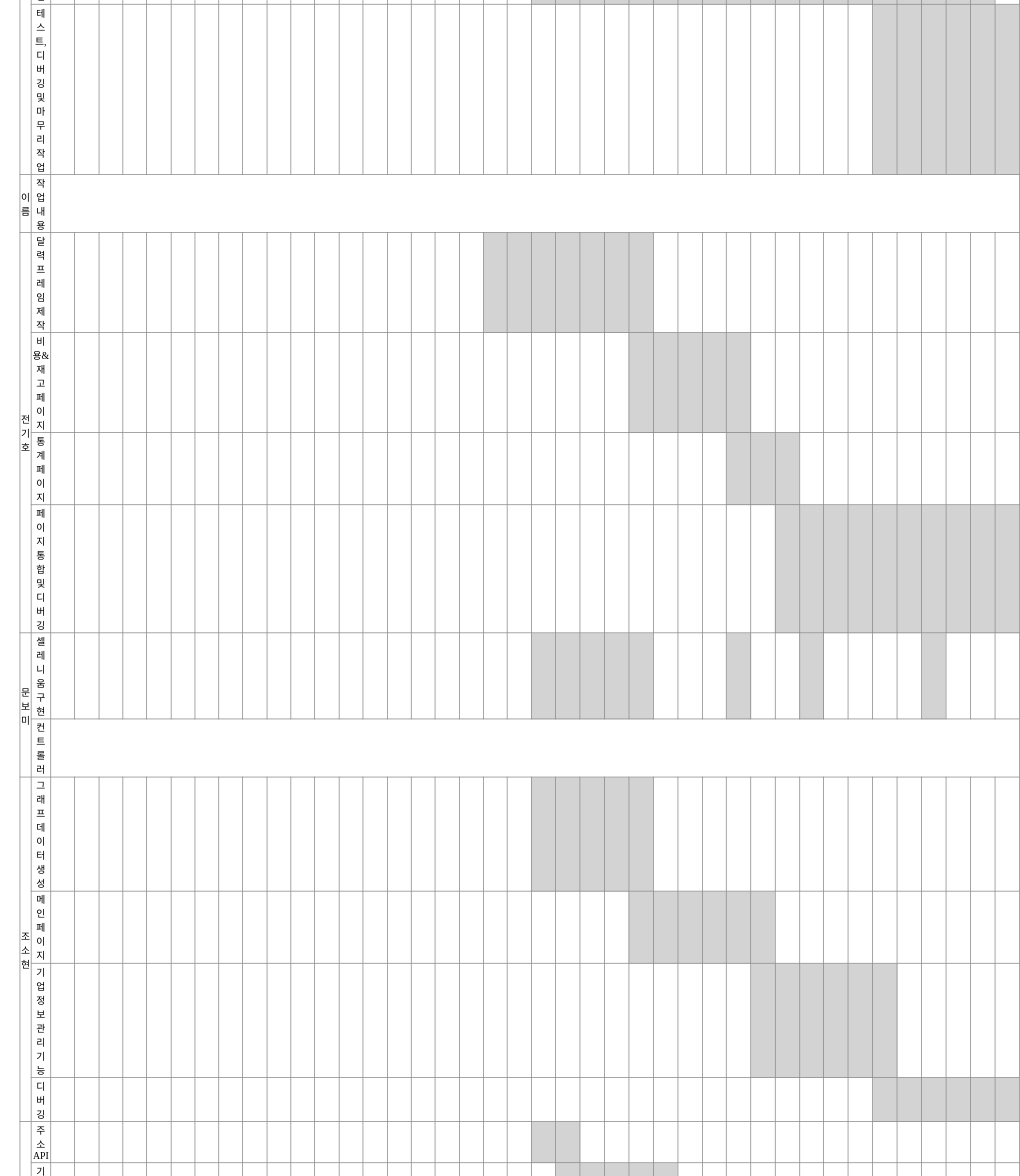
Repository: JEON-KIHO/finalProject
Page: http://localhost/ERP/WEB-INF/views/schedule.jsp
These files come from the project's save history. The page is drawn as it stood at one moment and after the next save; the edit follows.
The browser window is 1280 px wide. The page is 1457 px wide, so the pictures cover 1457 px, including what lies to the right of the window. The pictures show the part of the page from y = 441 to 2121 px (the page is 3209 px tall before and 1322 px after), at 70% of full size.
The page is served by Tomcat 9. Nobody is signed in. The template is opened directly, without the code that normally fills it, so the values that code supplies are empty.

Above is the page before, as saved 2020-12-24 05:48:43.

After the next save:
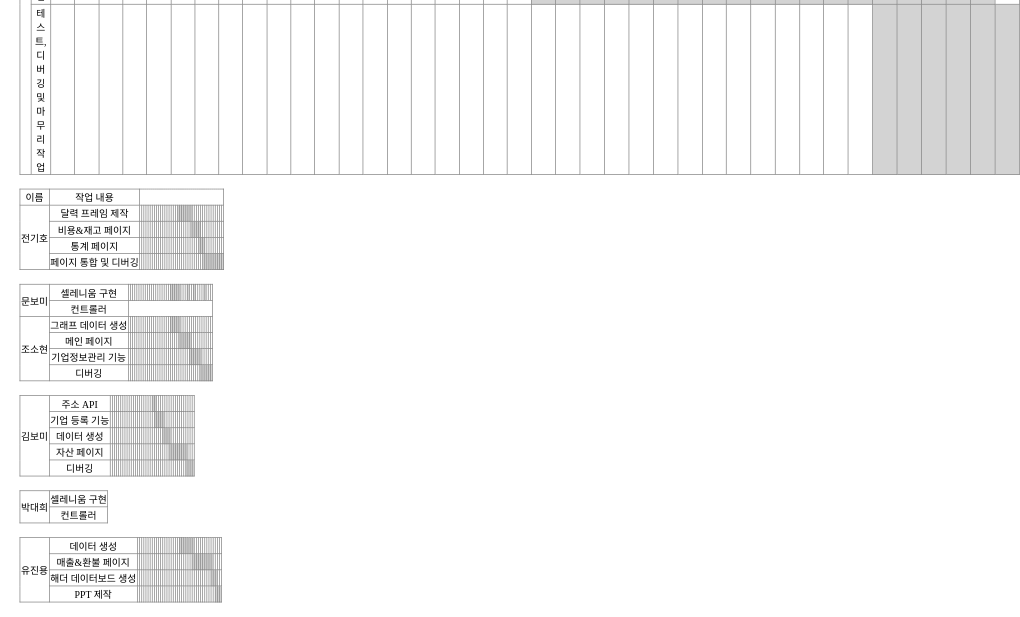
Saved 2 h 30 min later.
--- a/ERP/src/main/webapp/WEB-INF/views/schedule.jsp
+++ b/ERP/src/main/webapp/WEB-INF/views/schedule.jsp
@@ -67,7 +67,8 @@
 	<td class="white"></td><td class="white"></td><td class="white"></td><td class="white"></td><td class="white"></td>
 	<td class="white"></td><td class="white"></td><td class="white"></td><td class="white"></td><td class="black"></td>
 	<td class="black"></td><td class="black"></td><td class="black"></td><td class="black"></td><td class="black"></td></tr>
-
+	</table>
+	<table border=1>
 	<tr>
 		<td>이름</td><td>작업 내용</td><td colspan=40></td>
 	</tr>
@@ -107,6 +108,9 @@
 	<td class="white"></td><td class="white"></td><td class="white"></td><td class="white"></td><td class="white"></td>
 	<td class="black"></td><td class="black"></td><td class="black"></td><td class="black"></td><td class="black"></td>
 	<td class="black"></td><td class="black"></td><td class="black"></td><td class="black"></td><td class="black"></td></tr>
+
+	</table>
+	<table border=1>
 
 	<tr><td rowspan=2>문보미</td><td>셀레니움 구현</td><td class="white"></td><td class="white"></td><td class="white"></td><td class="white"></td><td class="white"></td>
 	<td class="white"></td><td class="white"></td><td class="white"></td><td class="white"></td><td class="white"></td>
@@ -154,6 +158,9 @@
 	<td class="white"></td><td class="white"></td><td class="white"></td><td class="white"></td><td class="black"></td>
 	<td class="black"></td><td class="black"></td><td class="black"></td><td class="black"></td><td class="black"></td></tr>
 
+	</table>
+	<table border=1>
+
 	<tr><td rowspan=5>김보미</td><td>주소 API</td><td class="white"></td><td class="white"></td><td class="white"></td><td class="white"></td><td class="white"></td>
 	<td class="white"></td><td class="white"></td><td class="white"></td><td class="white"></td><td class="white"></td>
 	<td class="white"></td><td class="white"></td><td class="white"></td><td class="white"></td><td class="white"></td>
@@ -199,9 +206,15 @@
 	<td class="white"></td><td class="white"></td><td class="white"></td><td class="white"></td><td class="white"></td>
 	<td class="white"></td><td class="black"></td><td class="black"></td><td class="black"></td><td class="black"></td></tr>
 
+	</table>
+	<table border=1>
+
 	<tr><td rowspan=2>박대희</td><td>셀레니움 구현</td></tr>
 	<tr><td>컨트롤러</td></tr>
 
+	</table>
+	<table border=1>
+
 	<tr><td rowspan=4>유진용</td><td>데이터 생성</td><td class="white"></td><td class="white"></td><td class="white"></td><td class="white"></td><td class="white"></td>
 	<td class="white"></td><td class="white"></td><td class="white"></td><td class="white"></td><td class="white"></td>
 	<td class="white"></td><td class="white"></td><td class="white"></td><td class="white"></td><td class="white"></td>
